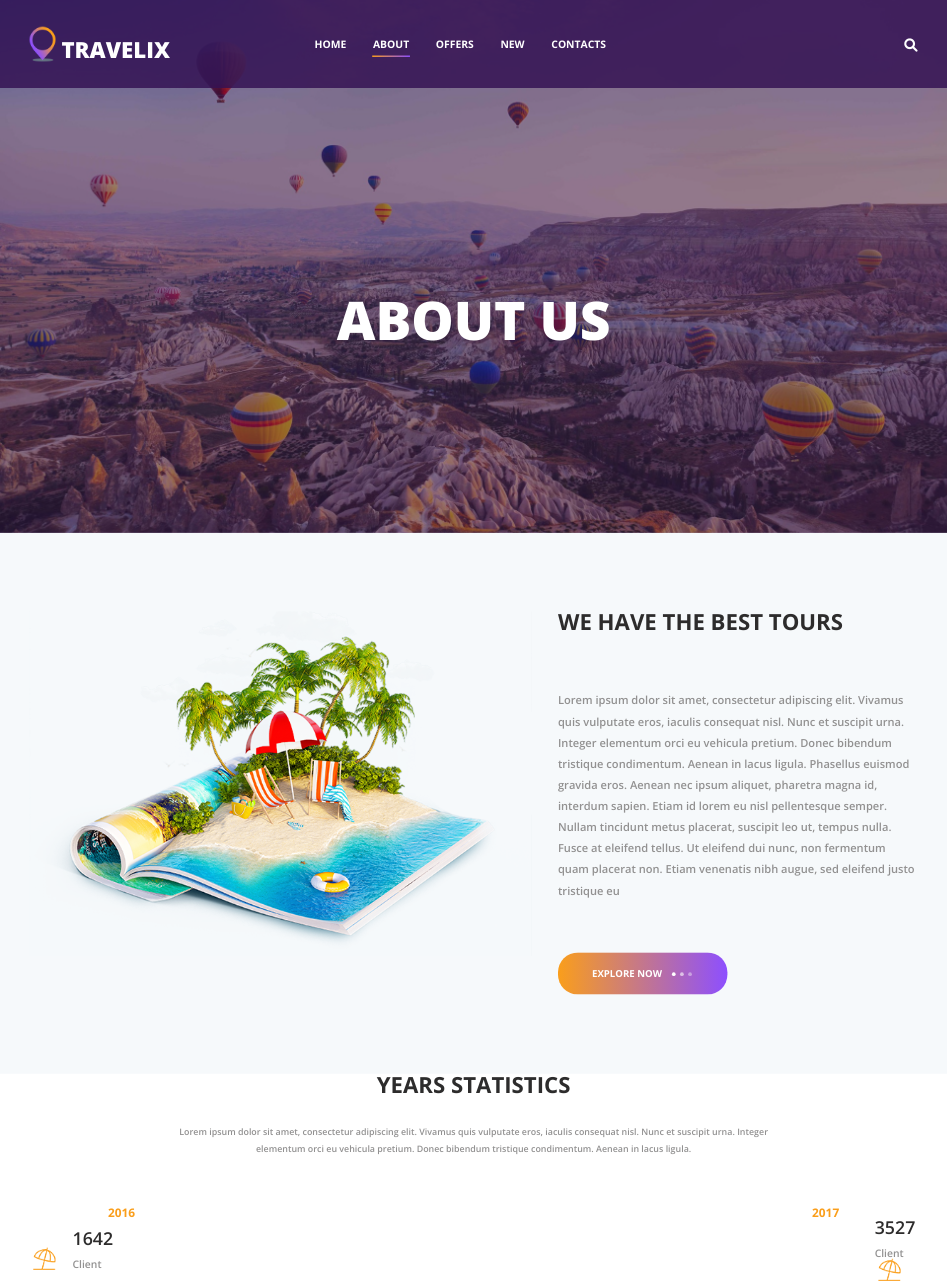
Repository: phamhuuloc/Travelix_Template
Page: about.html
An editor plug-in stored every save of this project. The page is shown before and after the next save, followed by the edit.
The browser window is 1280 px wide. The pictures show the whole page, at 74% of full size.
Backgrounds fixed to the window are drawn as part of the page. Some web fonts or font styles are not loaded; a fallback is used.

Above is the page before, as saved 2021-10-13 09:21:58.

### about.html
<!DOCTYPE html>
<html lang="en">
  <head>
    <meta charset="UTF-8" />
    <meta http-equiv="X-UA-Compatible" content="IE=edge" />
    <meta name="viewport" content="width=device-width, initial-scale=1.0" />
    <title>Document</title>
    <link rel="shortcut icon" href="./assets/img/logo.png" />
    <link
      href="https://fonts.googleapis.com/css2?family=Caramel&display=swap"
      rel="stylesheet"
    />
    <!-- GOOGLE FONT -->
    <link
      href="https://fonts.googleapis.com/css2?family=Birthstone&display=swap"
      rel="stylesheet"
    />
    <!-- FONT AWESOME -->
    <link
      rel="stylesheet"
      href="https://cdnjs.cloudflare.com/ajax/libs/font-awesome/6.0.0-beta2/css/all.min.css"
      integrity="sha512-YWzhKL2whUzgiheMoBFwW8CKV4qpHQAEuvilg9FAn5VJUDwKZZxkJNuGM4XkWuk94WCrrwslk8yWNGmY1EduTA=="
      crossorigin="anonymous"
      referrerpolicy="no-referrer"
    />
    <!-- CSS -->
    <link rel="stylesheet" href="./assets/css/reset.css" />
    <link rel="stylesheet" href="./assets/css/grid.css" />
    <link rel="stylesheet" href="./assets/css/base.css" />
    <link rel="stylesheet" href="./assets/css/about.css" />
  </head>
  <body>
    <header class="header">
      <div class="header-topbar" style="display: none">
        <div class="grid wide">
          <div class="header-topbar__container">
            <div class="row">
              <div class="col l-6">
                <div class="header-topbar__contact">
                  <ul>
                    <li>
                      <a href="">+84 945 000 917</a>
                    </li>
                    <li>
                      <a href=""><i class="fab fa-pinterest"></i></a>
                    </li>
                    <li>
                      <a href=""><i class="fab fa-facebook-f"></i></a>
                    </li>
                    <li>
                      <a href=""><i class="fab fa-twitter"></i></a>
                    </li>
                    <li>
                      <a href=""><i class="fab fa-dribbble"></i></a>
                    </li>
                    <li>
                      <a href=""><i class="fab fa-behance"></i></a>
                    </li>
                    <li>
                      <a href=""><i class="fab fa-linkedin-in"></i></a>
                    </li>
                  </ul>
                </div>
              </div>
              <div class="col l-6">
                <div class="header-topbar__login">
                  <ul>
                    <li><a href="">Login</a></li>
                    <li><a href="">|</a></li>
                    <li><a href="">Register</a></li>
                  </ul>
                </div>
              </div>
            </div>
          </div>
        </div>
      </div>
      <div class="header-nav">
        <div class="grid wide">
          <div class="header-nav__container">
            <div class="row">
              <div class="col l-3">
                <div class="logo">
                  <a href="" class="logo__link">
                    <img src="./assets/img/logo.png" alt="" />
                    <h2 class="logo__text">Travelix</h2>
                  </a>
                </div>
              </div>
              <div class="col l-6 m-0 c-0">
                <div class="nav-menu">
                  <ul class="nav-menu__list">
                    <li class="nav-menu__item">
                      <a href="index.html" class="nav-menu__link">Home</a>
                    </li>
                    <li class="nav-menu__item active">
                      <a href="./about.html" class="nav-menu__link">About</a>
                    </li>
                    <li class="nav-menu__item">
                      <a href="" class="nav-menu__link">Offers</a>
                    </li>
                    <li class="nav-menu__item">
                      <a href="" class="nav-menu__link">New</a>
                    </li>
                    <li class="nav-menu__item">
                      <a href="" class="nav-menu__link">Contacts</a>
                    </li>
                  </ul>
                </div>
              </div>
              <div class="col l-3">
                <div class="header-search">
                  <i class="fas fa-search header-search__icon"></i>
                </div>
              </div>
            </div>
          </div>
        </div>
      </div>
    </header>
    <div class="home">
      <div
        class="home-background"
        style="background-image: url(./assets/img/about.jpg)"
      ></div>
      <div class="home__title"><h1>About us</h1></div>
    </div>
    <section class="intro">
      <div class="grid wide">
        <div class="intro__container">
          <div class="row">
            <div class="col l-7 intro__img">
              <img src="./assets/img/intro_about.png" alt="" />
            </div>
            <div class="col l-5 intro__content">
              <h2 class="intro__title">WE HAVE THE BEST TOURS</h2>
              <p class="intro__desc">
                Lorem ipsum dolor sit amet, consectetur adipiscing elit. Vivamus
                quis vulputate eros, iaculis consequat nisl. Nunc et suscipit
                urna. Integer elementum orci eu vehicula pretium. Donec bibendum
                tristique condimentum. Aenean in lacus ligula. Phasellus euismod
                gravida eros. Aenean nec ipsum aliquet, pharetra magna id,
                interdum sapien. Etiam id lorem eu nisl pellentesque semper.
                Nullam tincidunt metus placerat, suscipit leo ut, tempus nulla.
                Fusce at eleifend tellus. Ut eleifend dui nunc, non fermentum
                quam placerat non. Etiam venenatis nibh augue, sed eleifend
                justo tristique eu
              </p>
              <div class="intro__btn">
                <div class="btn">
                  <div class="btn-bg"></div>
                  <a href="#" class="btn-link">
                    explore now
                    <span></span>
                    <span></span>
                    <span></span>
                  </a>
                </div>
              </div>
            </div>
          </div>
        </div>
      </div>
    </section>
    <section class="stats">
      <div class="grid wide">
        <div class="stats__container">
          <h2 class="stats__title">YEARS STATISTICS</h2>
          <div class="wrap_text">
            <p class="stats__text">
              Lorem ipsum dolor sit amet, consectetur adipiscing elit. Vivamus
              quis vulputate eros, iaculis consequat nisl. Nunc et suscipit
              urna. Integer elementum orci eu vehicula pretium. Donec bibendum
              tristique condimentum. Aenean in lacus ligula.
            </p>
          </div>
          <div class="stats__year">
            <div class="stats__year-last">2016</div>
            <div class="stats__year-new">2017</div>
          </div>
          <div class="stats__content">
            <div class="stats__item">
              <div class="stats__last">
                <div class="stats__icon">
                  <img src="./assets/img/stats_1.png" alt="" />
                </div>
                <div class="stats__content">
                  <div class="stats__number">1642</div>
                  <div class="stats__type">Client</div>
                </div>
              </div>
              <div class="stats__bar">
                <div class="stats__bar-perc"></div>
              </div>
              <div class="stats__new">
                <div class="stats__content">
                  <div class="stats__number">3527</div>
                  <div class="stats__type">Client</div>
                </div>
                <div class="stats__icon">
                  <img src="./assets/img/stats_1.png" alt="" />
                </div>
              </div>
            </div>
          </div>
        </div>
      </div>
    </section>
  </body>
</html>

### assets/css/grid.css
.grid {
  width: 100%;
  padding: 0;
}
.grid.wide {
  max-width: 1200px;

  margin: 0 auto;
}
.row {
  display: flex;
  flex-wrap: wrap;
  margin-left: -4px;
  margin-right: -4px;
}
.row.no-gutters {
  margin-left: 0;
  margin-right: 0;
}
.col {
  padding-left: 4px;
  padding-right: 4px;
}
.row.no-gutters .col {
  margin-left: 0;
  margin-right: 0;
}

.c-0 {
  display: none;
}

.c-1 {
  flex: 0 0 8.33333%;
  max-width: 8.33333%;
}

.c-2 {
  flex: 0 0 16.66667%;
  max-width: 16.66667%;
}

.c-3 {
  flex: 0 0 25%;
  max-width: 25%;
}

.c-4 {
  flex: 0 0 33.33333%;
  max-width: 33.33333%;
}

.c-5 {
  flex: 0 0 41.66667%;
  max-width: 41.66667%;
}

.c-6 {
  flex: 0 0 50%;
  max-width: 50%;
}

.c-7 {
  flex: 0 0 58.33333%;
  max-width: 58.33333%;
}

.c-8 {
  flex: 0 0 66.66667%;
  max-width: 66.66667%;
}

.c-9 {
  flex: 0 0 75%;
  max-width: 75%;
}

.c-10 {
  flex: 0 0 83.33333%;
  max-width: 83.33333%;
}

.c-11 {
  flex: 0 0 91.66667%;
  max-width: 91.66667%;
}

.c-12 {
  flex: 0 0 100%;
  max-width: 100%;
}

.c-o-1 {
  margin-left: 8.33333%;
}

.c-o-2 {
  margin-left: 16.66667%;
}

.c-o-3 {
  margin-left: 25%;
}

.c-o-4 {
  margin-left: 33.33333%;
}

.c-o-5 {
  margin-left: 41.66667%;
}

.c-o-6 {
  margin-left: 50%;
}

.c-o-7 {
  margin-left: 58.33333%;
}

.c-o-8 {
  margin-left: 66.66667%;
}

.c-o-9 {
  margin-left: 75%;
}

.c-o-10 {
  margin-left: 83.33333%;
}

.c-o-11 {
  margin-left: 91.66667%;
}
/* TABLET */
@media (min-width: 740px) {
  .row {
    margin-left: -8px;
    margin-right: -8px;
  }
  .col {
    padding-right: 8px;
    padding-left: 8px;
  }
  .m-0 {
    display: none;
  }
  .m-1,
  .m-2,
  .m-3,
  .m-4,
  .m-5,
  .m-6,
  .m-7,
  .m-8,
  .m-9,
  .m-10,
  .m-11,
  .m-12 {
    display: block;
  }

  .m-1 {
    flex: 0 0 8.33333%;
    max-width: 8.33333%;
  }

  .m-2 {
    flex: 0 0 16.66667%;
    max-width: 16.66667%;
  }

  .m-3 {
    flex: 0 0 25%;
    max-width: 25%;
  }

  .m-4 {
    flex: 0 0 33.33333%;
    max-width: 33.33333%;
  }

  .m-5 {
    flex: 0 0 41.66667%;
    max-width: 41.66667%;
  }

  .m-6 {
    flex: 0 0 50%;
    max-width: 50%;
  }

  .m-7 {
    flex: 0 0 58.33333%;
    max-width: 58.33333%;
  }

  .m-8 {
    flex: 0 0 66.66667%;
    max-width: 66.66667%;
  }

  .m-9 {
    flex: 0 0 75%;
    max-width: 75%;
  }

  .m-10 {
    flex: 0 0 83.33333%;
    max-width: 83.33333%;
  }

  .m-11 {
    flex: 0 0 91.66667%;
    max-width: 91.66667%;
  }

  .m-12 {
    flex: 0 0 100%;
    max-width: 100%;
  }

  .m-o-1 {
    margin-left: 8.33333%;
  }

  .m-o-2 {
    margin-left: 16.66667%;
  }

  .m-o-3 {
    margin-left: 25%;
  }

  .m-o-4 {
    margin-left: 33.33333%;
  }

  .m-o-5 {
    margin-left: 41.66667%;
  }

  .m-o-6 {
    margin-left: 50%;
  }

  .m-o-7 {
    margin-left: 58.33333%;
  }

  .m-o-8 {
    margin-left: 66.66667%;
  }

  .m-o-9 {
    margin-left: 75%;
  }

  .m-o-10 {
    margin-left: 83.33333%;
  }

  .m-o-11 {
    margin-left: 91.66667%;
  }
}
/* PC MEDIUM RESOLUTION */
@media (min-width: 1113px) {
  .row {
    margin-left: -12px;
    margin-right: -12px;
  }
  .row.sm-gutter {
    margin-left: -8px;
    margin-right: -8px;
  }
  .col {
    padding-left: 12px;
    padding-right: 12px;
  }
  .row.sm-gutter .col {
    padding-left: 8px;
    padding-right: 8px;
  }
  .l-0 {
    display: none;
  }

  .l-1,
  .l-2,
  .l-2-4,
  .l-3,
  .l-4,
  .l-5,
  .l-6,
  .l-7,
  .l-8,
  .l-9,
  .l-10,
  .l-11,
  .l-12 {
    display: block;
  }

  .l-1 {
    flex: 0 0 8.33333%;
    max-width: 8.33333%;
  }

  .l-2 {
    flex: 0 0 16.66667%;
    max-width: 16.66667%;
  }

  .l-2-4 {
    flex: 0 0 20%;
    max-width: 20%;
  }

  .l-3 {
    flex: 0 0 25%;
    max-width: 25%;
  }

  .l-4 {
    flex: 0 0 33.33333%;
    max-width: 33.33333%;
  }

  .l-5 {
    flex: 0 0 41.66667%;
    max-width: 41.66667%;
  }

  .l-6 {
    flex: 0 0 50%;
    max-width: 50%;
  }

  .l-7 {
    flex: 0 0 58.33333%;
    max-width: 58.33333%;
  }

  .l-8 {
    flex: 0 0 66.66667%;
    max-width: 66.66667%;
  }

  .l-9 {
    flex: 0 0 75%;
    max-width: 75%;
  }

  .l-10 {
    flex: 0 0 83.33333%;
    max-width: 83.33333%;
  }

  .l-11 {
    flex: 0 0 91.66667%;
    max-width: 91.66667%;
  }

  .l-12 {
    flex: 0 0 100%;
    max-width: 100%;
  }

  .l-o-1 {
    margin-left: 8.33333%;
  }

  .l-o-2 {
    margin-left: 16.66667%;
  }

  .l-o-3 {
    margin-left: 25%;
  }

  .l-o-4 {
    margin-left: 33.33333%;
  }

  .l-o-5 {
    margin-left: 41.66667%;
  }

  .l-o-6 {
    margin-left: 50%;
  }

  .l-o-7 {
    margin-left: 58.33333%;
  }

  .l-o-8 {
    margin-left: 66.66667%;
  }

  .l-o-9 {
    margin-left: 75%;
  }

  .l-o-10 {
    margin-left: 83.33333%;
  }

  .l-o-11 {
    margin-left: 91.66667%;
  }
}
/* TABLET AND PC */
@media (min-width: 740px) and (max-width: 1023px) {
  .wide {
    width: 644px;
  }
}
/* > PC  LOW RESOLUTION */
@media (min-width: 1024px) and (max-width: 1239px) {
  .wide {
    width: 984px;
  }
}
.form__item {
  display: flex;
  flex-direction: column;
}

### assets/css/base.css
@import url("https://fonts.googleapis.com/css?family=Open+Sans:300,400,600,700,800");
@font-face {
  font-family: "Beyond";
  src: url("../fonts/beyond_the_mountains.otf") format("truetype"),
    url("../fonts/beyond_the_mountains.ttf") format("opentype");
}

:root {
  --topbar-height: 3.6rem;
  --white-color: white;
  --gray-color: #929191;
  --primary-color: #fa9e1b;
  --bg-btn: linear-gradient(to right, #fa9e1b, #8d4fff, #fa9e1b);
  --bg-section: linear-gradient(to top right, #fa9e1b, #8d4fff);
  --black-color: #2d2c2c;
}
* {
  margin: 0;
  padding: 0;
  box-sizing: border-box;
}
html {
  font-size: 62.5%;
}
body {
  font-family: "Open Sans", sans-serif;
  text-rendering: optimizeLegibility;
  -webkit-font-smoothing: antialiased;
}
a {
  text-decoration: none;
}
i {
  display: block;
  width: 100%;
}
ul {
  list-style: none;
}
select {
  -webkit-appearance: none;
  -moz-appearance: none;
  text-indent: 1px;
  text-overflow: "";
}
img {
  display: block;
  max-width: 100%;
}
/* FONT */
@import url(https://fonts.googleapis.com/css?family=Open+Sans:300,400,600,700,800);
@font-face {
  font-family: "Beyond";
  src: url(../font/beyond_the_mountains.otf) format("truetype"),
    url(../font/beyond_the_mountains.ttf) format("opentype");
}
/* BUTTON */
/*  */
/* HEADER */

.header-topbar {
  height: var(--topbar-height);
  background-color: rgb(53, 10, 78);
}
.header-topbar li:hover a {
  color: var(--primary-color);
  transition: all 300ms ease;
}
.header-topbar__contact ul {
  display: flex;
  align-items: center;
  height: var(--topbar-height);
}
.header-topbar__contact li a {
  color: white;
  font-size: 1.2rem;
  margin-right: 2rem;
  text-transform: uppercase;
}
.header-topbar__login ul {
  height: var(--topbar-height);
  display: flex;
  align-items: center;
  justify-content: flex-end;
}
.header-topbar li a {
  color: var(--white-color);
  font-size: 1.2rem;
  padding: 0 2px;
  text-transform: uppercase;
}
.header-nav {
  background: rgba(54, 19, 84, 0.85);
  padding: 3.6rem 0;
  position: fixed;
  z-index: 99;
  width: 100%;
}
.logo__link {
  display: flex;
  align-items: flex-end;
}
.logo__text {
  color: var(--white-color);
  font-weight: 800;
  font-size: 3rem;
  text-transform: uppercase;
  margin-left: 8px;
}
.nav-menu {
  height: 100%;
  display: flex;
  align-items: center;
}
.nav-menu__list {
  width: 100%;
  display: flex;
  align-items: center;
  justify-content: center;
}
.nav-menu__link {
  font-size: 1.4rem;
  color: var(--white-color);
  font-weight: 650;
  text-transform: uppercase;
  margin-right: 3.6rem;
  position: relative;
}
.nav-menu__link::after {
  content: "";
  display: block;
  position: absolute;
  left: -1px;
  bottom: -8px;
  width: calc(100% + 2px);
  height: 2px;
  opacity: 0;
  transition: all 300ms ease;
  background: linear-gradient(to right, #fa9e1b, #8d4fff);
}
.active .nav-menu__link::after {
  opacity: 1;
}
.nav-menu__item:hover .nav-menu__link::after {
  opacity: 1;
}
.header-search {
  height: 100%;
  display: flex;
  align-items: center;
  justify-content: flex-end;
}
.header-search__icon {
  display: contents;
  text-align: right;
  color: var(--white-color);
  font-size: 1.8rem;
  font-weight: 600;
  cursor: pointer;
}
.header-search__icon:hover {
  color: var(--primary-color);
  transition: all 300ms ease;
}
/* HOME */
.home {
  position: relative;
  width: 100%;
  height: 100vh;
  background: #31124b;
}
.home-background {
  position: absolute;
  top: 0;
  left: 0;
  width: 100%;
  height: 100%;
  background-repeat: no-repeat;
  background-position: center center;
  background-size: cover;
  opacity: 0.5;
}
.home-container {
  position: absolute;
  top: 50%;
  left: 50%;
  transform: translate(-50%, -50%);
}
.home-title__heading {
  font-size: 9.2rem;
  color: var(--white-color);
  font-weight: 900;
  text-transform: uppercase;
}
.home-title__heading:nth-child(2) {
  font-family: Beyond;
  font-size: 6rem;
  text-align: center;
}
/*home button */
.btn {
  display: inline-block;
  border-radius: 27px;
  overflow: hidden;
  position: relative;
  margin-top: 70px;
  left: 50%;
  transform: translateX(-50%);
}
.btn:hover .btn-bg {
  transform: translateX(-50%);
}
.btn-bg {
  z-index: 0;
  position: absolute;
  top: 0;
  left: 0;
  width: 200%;
  height: 100%;
  background: var(--bg-btn);
  transition: all 400ms ease;
  cursor: pointer;
}
.btn-link {
  display: block;
  font-size: 13px;
  font-weight: 700;
  color: #fff;
  text-transform: uppercase;
  padding: 2.2rem 0;
  padding-left: 46px;
  padding-right: 46px;
  white-space: nowrap;
  position: relative;
}
.btn-link span {
  display: inline-block;
  background-color: white;
  width: 5.5px;
  height: 5.5px;
  border-radius: 50%;
  vertical-align: middle;
  margin-right: 2px;
}
.btn-link span:first-child {
  margin-left: 1rem;
}
.btn-link span:nth-child(2) {
  opacity: 0.6;
}
.btn-link span:last-child {
  opacity: 0.4;
}
/* CONTACT FORM */
.contact {
  margin-top: 10.3rem;
  width: 100%;
  padding-bottom: 105px;
  position: relative;
}
.contact-background {
  position: absolute;
  bottom: -34px;
  width: 100%;
  height: 114%;
  background-size: cover;
  background-position: center center;
  background-repeat: no-repeat;
}
.contact-container {
  position: relative;
  z-index: 2;
}
.contact-form {
  background: var(--bg-section);
  padding: 8.4rem 7.6rem 4.8rem;
}
.form-heading {
  font-size: 3rem;
  font-weight: 700;
  color: var(--white-color);
  text-transform: uppercase;
  margin-bottom: 8.6rem;
}
.form-input {
  color: var(--white-color);
  font-size: 1.6rem;
  padding: 1rem;
  width: 100%;
  border: 0;
  border-bottom: 2px solid white;
  background-color: transparent;
  margin-bottom: 3rem;
  outline: none;
}
.form-input::-webkit-input-placeholder {
  color: white;
  font-size: 1.4rem;
}
.input-messages {
  /* height: 126px; */
}
.contact-btn {
  margin-top: 5rem;
  border-radius: 2.7rem;
  background-color: #31124b;
  display: inline-flex;
  align-items: center;
  justify-content: center;
  cursor: pointer;
}
.contact-btn:hover {
  opacity: 0.8;
  transition: all 0.3s ease;
}
.contact-btn .btn-link {
  padding: 22px 29px;
}
/* FOOTER */
.footer {
  background: #31124b;
  padding: 8.5rem 10.3rem 11.8rem;
  /* position: absolute; */
}
.footer__item {
  position: relative;
}
.footer__logo {
  position: absolute;
  top: -2.9rem;
}
.footer__about {
  padding-top: 67px;
}
.footer__about-desc {
  font-size: 1.6rem;
  font-weight: 600;
  color: var(--white-color);
  line-height: 2;
  margin-bottom: 2rem;
}
.social-list {
  display: flex;
}
.social-item {
  display: flex;
  align-items: center;
  justify-content: center;
  width: 3.1rem;
  height: 3.1rem;
  border-radius: 50%;
  margin-right: 12px;
  cursor: pointer;
  transition: all 0.3s ease;
  border: 1px solid var(--primary-color);
}
.social-item:hover {
  background-color: var(--primary-color);
}
.social-item a i {
  font-size: 10px;
  color: var(--white-color);
}
.footer__blog-item {
  display: flex;
  margin-bottom: 2.1rem;
}
.footer__blog-item img {
  margin-right: 20px;
}
.footer__blog-content {
  display: flex;
  flex-direction: column;
}
.footer__blog-title {
  font-size: 1.4rem;
  color: var(--white-color);
  margin-bottom: 1.4rem;
  cursor: pointer;
}
.footer__blog-title:hover {
  color: var(--primary-color);
}
.footer__blog-date {
  font-size: 1.2rem;
  color: var(--primary-color);
}
.tag__item {
  display: flex;
  align-items: center;
  justify-content: center;
  padding: 12px 25px;
  margin-right: 9px;
  margin-bottom: 9px;
  border: 1px solid var(--primary-color);
  transition: all 0.3s ease;
  float: left;
  cursor: pointer;
}
.tag__item:hover {
  cursor: pointer;
  background-color: var(--primary-color);
}
.tag__item a {
  color: var(--white-color);
  font-size: 1.4rem;
  font-weight: 600;
}
.contact__info-item {
  display: flex;
}
.contact__info-icon {
  width: 2rem;
  height: 2rem;
  margin-right: 8px;
}
.contact__info-text {
  font-size: 1.4rem;
  color: var(--white-color);
  line-height: 1.8;
  margin-bottom: 2.4rem;
}
.copyright {
  background: #1f0733;
  padding: 20px 0;
}
.copyright__container {
  color: var(--white-color);
  font-size: 1.6rem;
}
.copyright__container a {
  transition: all 0.3s ease;
  color: blue;
}
.copyright__container a:hover {
  color: var(--primary-color);
}
.copyright__container i {
  display: contents;
  color: red;
}

### assets/css/about.css
.home-background {
  background-repeat: no-repeat;
  background-position: bottom center;
  background-attachment: fixed;
  background-size: cover;
}
.home__title {
  position: absolute;
  top: 55%;
  left: 50%;
  transform: translateX(-50%);
}
.home__title h1 {
  font-size: 7.2rem;
  font-weight: 800;
  color: var(--white-color);
  text-transform: uppercase;
}
/* INTRO */
.intro {
  padding: 10.6rem 0;
  background-color: #f6f9fb;
}
.intro__title {
  font-size: 3rem;
  font-weight: 700;
  color: var(--black-color);
  margin-bottom: 7.6rem;
  text-transform: uppercase;
}
.intro__desc {
  font-size: 1.5rem;
  font-weight: 600;
  color: var(--gray-color);
  line-height: 1.9;
}
.intro__btn .btn {
  left: 0;
  transform: translateX(0);
}
.stats__title {
  text-align: center;
  font-size: 3rem;
  font-weight: 700;
  color: var(--black-color);
  margin-bottom: 3.8rem;
}
.wrap_text {
  text-align: center;
  display: flex;
  justify-content: center;
  margin-bottom: 6.6rem;
}
.stats__text {
  font-size: 1.2rem;
  font-weight: 600;
  line-height: 1.9;
  color: var(--gray-color);
  max-width: 84rem;
}
.stats__year {
  display: flex;
  align-items: center;
  justify-content: space-between;
  padding: 0 10.6rem;
}
.stats__year-last,
.stats__year-new {
  font-size: 1.6rem;
  font-weight: 700;
  color: var(--primary-color);
}
.stats__item {
  display: flex;
  align-items: center;
  justify-content: space-between;
}
.stats__last {
  display: flex;
  align-items: flex-end;
}
.stats__icon {
  margin-right: 1.8rem;
}
.stats__number {
  font-size: 2.4rem;
  font-weight: 600;
  color: var(--black-color);
  margin-bottom: 1.6rem;
}
.stats__type {
  font-size: 1.4rem;
  font-weight: 600;
  color: var(--gray-color);
}

Loaded but not shown: assets/css/reset.css (common file)

After the next save:
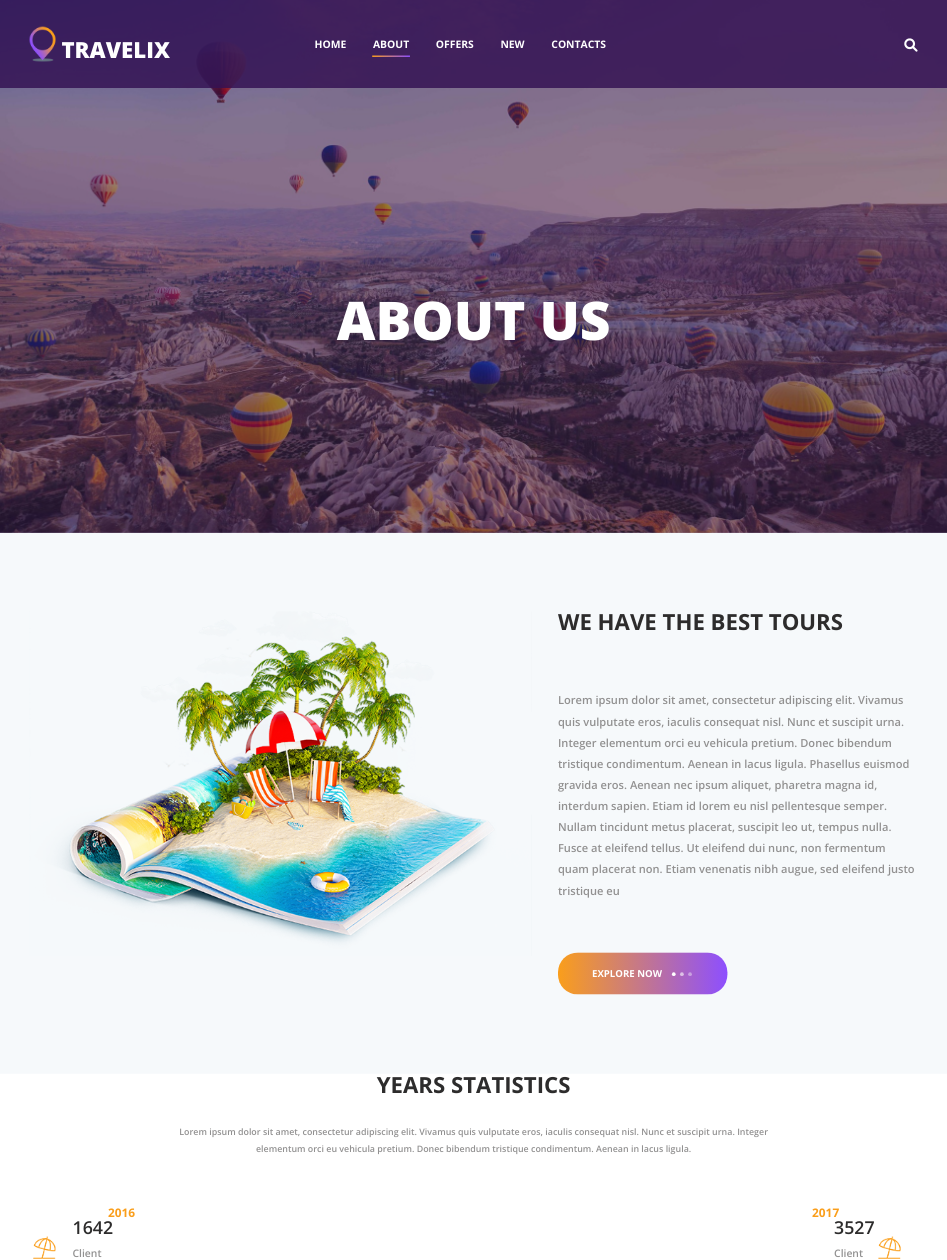
Saved 35 s later.
--- a/assets/css/about.css
+++ b/assets/css/about.css
@@ -93,3 +93,7 @@
   font-weight: 600;
   color: var(--gray-color);
 }
+.stats__new {
+  display: flex;
+  align-items: flex-end;
+}
